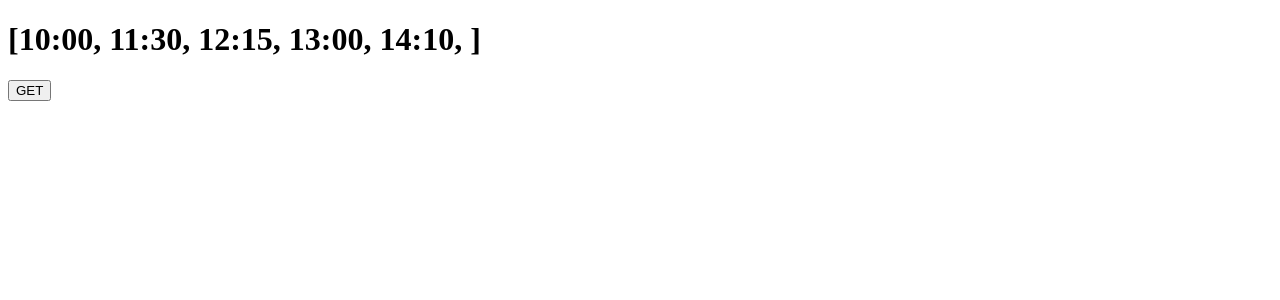
Repository: tsydikov/react_test_task_part2
Page: /
The author's editor kept a copy of each file at every save. The page is drawn from the files as they stood at one save, then again after a run of saves.
The browser window is 1280 px wide. The pictures show the whole page.
The project was rebuilt for these pictures with package versions that can differ from the ones it lists, and the page was loaded fresh each time.

Above is the page before, as saved 2021-09-02 09:17:18.

### public/index.html
<!DOCTYPE html>
<html lang="en">
  <head>
    <meta charset="utf-8" />
    <meta name="viewport" content="width=device-width, initial-scale=1" />
    <meta
      name="description"
      content="Web site created using create-react-app"
    />
    <title>Task part 2</title>
  </head>
  <body>
    <div id="root"></div>

  </body>
</html>

### src/App.js
import React, { useEffect, useState } from 'react'
import GetFetchData from './API/GetFetchData';
import { calculateWorkingIntervals } from './function';

function App() {
  const [workingIntervals,setWorkingIntervals] = useState([])
  useEffect(()=>{
    setWorkingIntervals(calculateWorkingIntervals(data))
  },[])
    async function getFetchData() {
      const fetched = await GetFetchData.get()
      console.log(fetched)
  }
  const data = {
    "start": "10:00",
    "appointments": [
      {
        "start": "10:45",
        "duration": 45
      },
      {
        "start": "13:50",
        "duration": 20
      }
    ],
    "end": "15:00"
  }

  return (
    <div className="App">
      <h1>[{workingIntervals.map(interval =>
        interval+', ' )}]</h1>
        <button onClick={getFetchData}>GET</button>
    </div>
  );
}

export default App;

### src/API/GetFetchData.js
import axios from "axios"
import { URL } from "./config"


export default class GetFetchData {
    static async get() {
        try {
            const response = await axios.get(URL, {
                auth: {
                    username: 'tsydikov@gmail.com',
                    password: 'jdX-QaR-EjI-j15'
                  },
                  responseType: 'json'
            })
            // const response = await fetch(URL, {
            //     method: 'GET',
            //     credentials: 'omit',
            //     headers: {
            //         Authorization: 'Bearer token',
            //         'Content-Type': 'application/json'
            //     },
            //     referrerPolicy: 'no-referrer'
            // })
            console.log(response)
            const data = await response.json()

            return data
        } catch (e) {
            console.log(e)
        }
    }
}

### src/function/index.js
// функция для перевода строчных значений в числовые
function stringToArray(time) {
    let StringToArray = [
      Number(time.slice(0, time.indexOf(':'))),
      Number(time.slice(time.indexOf(':') + 1, time.length))
    ]
    return StringToArray;
  }

  export function calculateWorkingIntervals(data){
    let workingIntervals = [data.start]
    let appointments = []
    let startWork = stringToArray(data.start)
    let endWork = stringToArray(data.end)
    for (let i = 0; i < data.appointments.length; i++) {
      appointments.push(stringToArray(data.appointments[i].start))
    }
    let numberOfAppointment = 0
     // начинаем перебирать значения времени с шагом 45 минут
    for (let i = startWork[1]; startWork[0] < endWork[0]; i = i + 45) {
      // проверка наличия совещания
      let diference = Math.abs(Math.abs(startWork[0]-appointments[numberOfAppointment][0])* 60 + (appointments[numberOfAppointment][1] - startWork[1]))
      if (diference<= 90) {
        startWork[0]=appointments[numberOfAppointment][0]
        i=appointments[numberOfAppointment][1]
        i=i+data.appointments[numberOfAppointment].duration
        if (numberOfAppointment<(data.appointments.length-1)) {numberOfAppointment=numberOfAppointment+1}
      }
      // перебор масива
      if (i >= 60) {
        i = i - 60
        startWork[0] = startWork[0] + 1
        startWork[1] = i
      } else {
        startWork[1] = i
      }
      if (startWork[0] >= endWork[0] || (((endWork[0] - startWork[0]) === 1 )&& ((60-i)<45))) {
        console.log(workingIntervals)
        return workingIntervals;
      }
      // наращивание масива результатов
      if (startWork[1] === 0) {
        workingIntervals.push(startWork[0] + ':' + '00')
      } else {
        workingIntervals.push(startWork[0] + ':' + startWork[1])
      }
    }
}

### src/API/config.js
export const URL = 'https://www.dropbox.com/s/18qqozhh34rbzxl/doctorsSchedule.json?dl=0'

Loaded but not shown: src/index.js (common file)

After the next 3 saves:
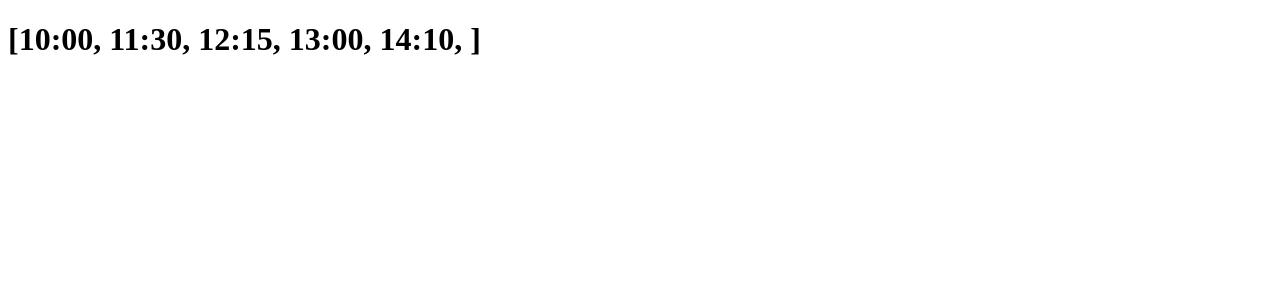
The 3 saves are shown as one change because 2 did not build or start.
The last was saved 3 days later.
--- a/src/App.js
+++ b/src/App.js
@@ -1,16 +1,13 @@
 import React, { useEffect, useState } from 'react'
-import GetFetchData from './API/GetFetchData';
 import { calculateWorkingIntervals } from './function';
 
 function App() {
+
   const [workingIntervals,setWorkingIntervals] = useState([])
   useEffect(()=>{
     setWorkingIntervals(calculateWorkingIntervals(data))
   },[])
-    async function getFetchData() {
-      const fetched = await GetFetchData.get()
-      console.log(fetched)
-  }
+  // используемые данные бля проверки работы приложения
   const data = {
     "start": "10:00",
     "appointments": [
@@ -30,7 +27,6 @@ function App() {
     <div className="App">
       <h1>[{workingIntervals.map(interval =>
         interval+', ' )}]</h1>
-        <button onClick={getFetchData}>GET</button>
     </div>
   );
 }
